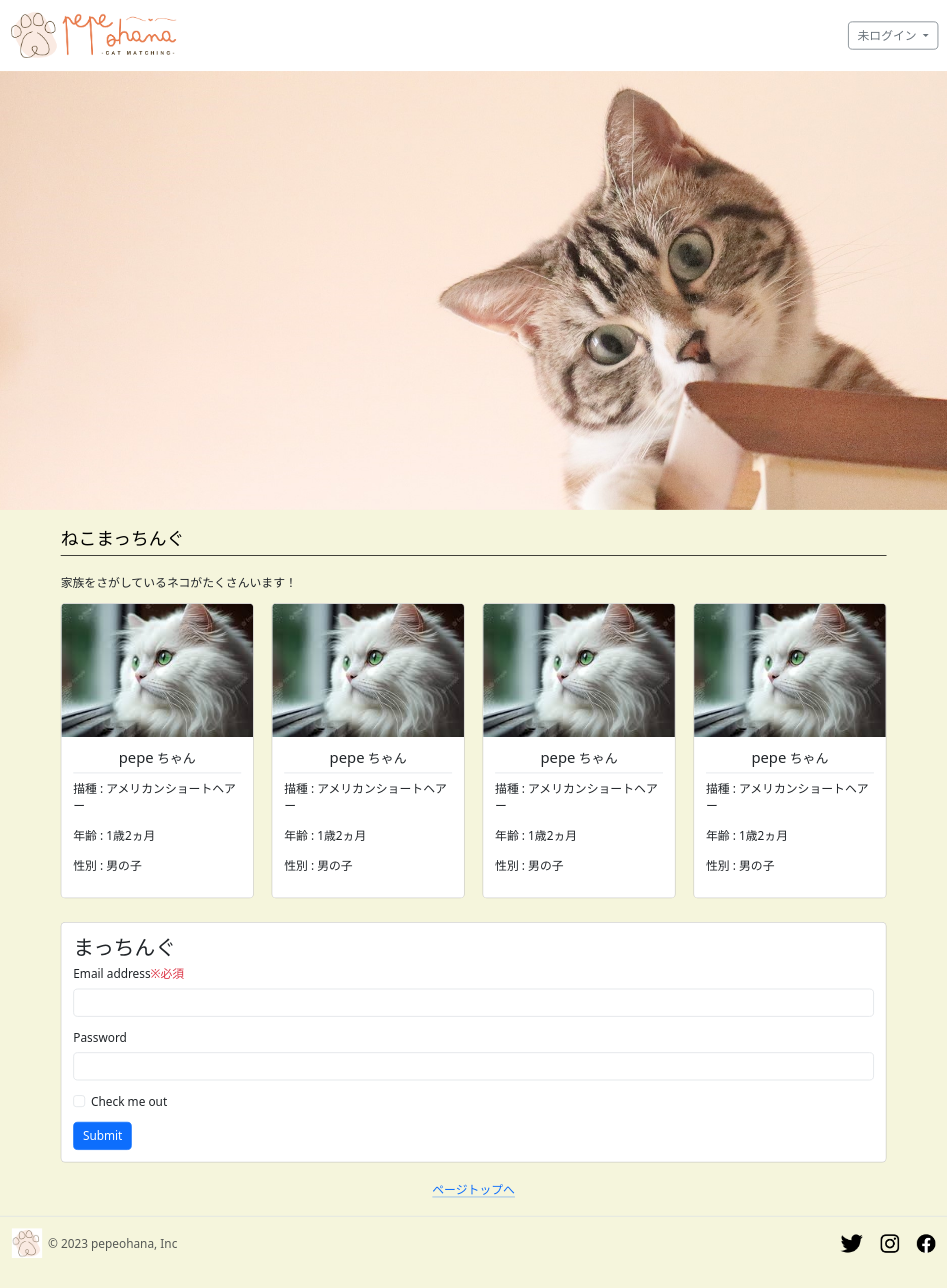
Repository: sakuwell/pepe
Page: http://localhost/PepeOhana/
These files come from the project's save history. The page is drawn as it stood at one moment and after the next save; the edit follows.
The browser window is 1280 px wide. The pictures show the whole page, at 74% of full size.
The page is served by Tomcat 9.

Above is the page before, as saved 2023-09-06 05:39:40.

After the next save:
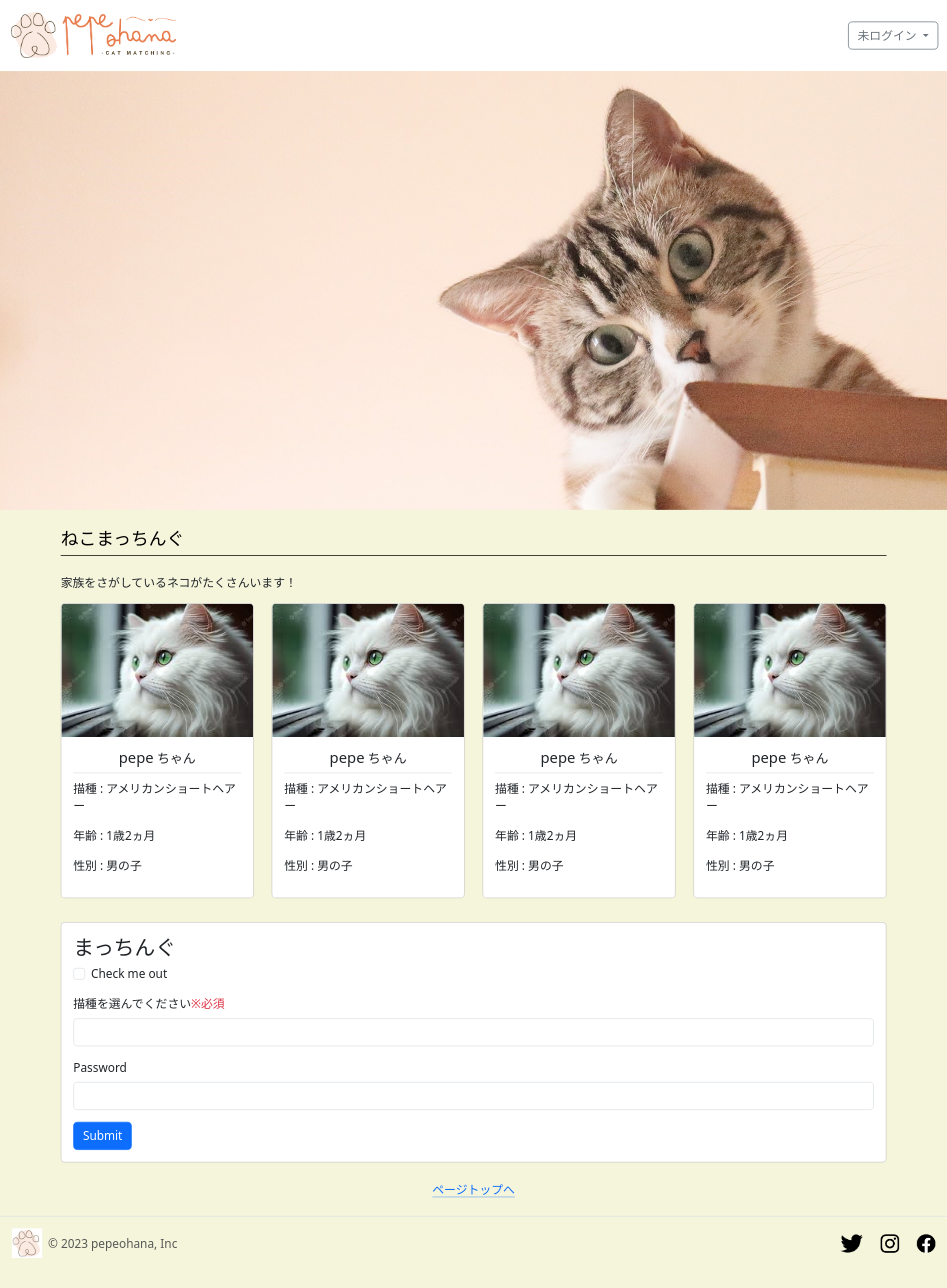
Saved 2 min 29 s later.
--- a/ExWorkSpace/PepeOhana/src/main/webapp/index.jsp
+++ b/ExWorkSpace/PepeOhana/src/main/webapp/index.jsp
@@ -146,20 +146,17 @@
         <div class="card mt-3 p-3">
          	<form action="#">
          		<h3>まっちんぐ</h3>
+				<div class="mb-3 form-check">
+					<input type="checkbox" class="form-check-input" id="exampleCheck1">
+	 				<label class="form-check-label" for="exampleCheck1">Check me out</label>
+				</div>
 				<div class="mb-3">
-	 				<label for="exampleInputEmail1" class="form-label">Email address<span class="text-danger text-right">※必須</span></label>
-	 				<input type="email" class="form-control" id="exampleInputEmail1" aria-describedby="emailHelp">
-	 				<div id="emailHelp" class="form-text">
-
-	 				</div>
+	 				<label for="exampleInputEmail1" class="form-label">描種を選んでください<span class="text-danger">※必須</span></label>
+	 				<input type="" class="form-control" id="exampleInputEmail1" aria-describedby="emailHelp">
 				</div>
 				<div class="mb-3">
 					<label for="exampleInputPassword1" class="form-label">Password</label>
 	 				<input type="password" class="form-control" id="exampleInputPassword1">
-				</div>
-				<div class="mb-3 form-check">
-					<input type="checkbox" class="form-check-input" id="exampleCheck1">
-	 				<label class="form-check-label" for="exampleCheck1">Check me out</label>
 				</div>
 				<button type="submit" class="btn btn-primary">Submit</button>
 			</form>
